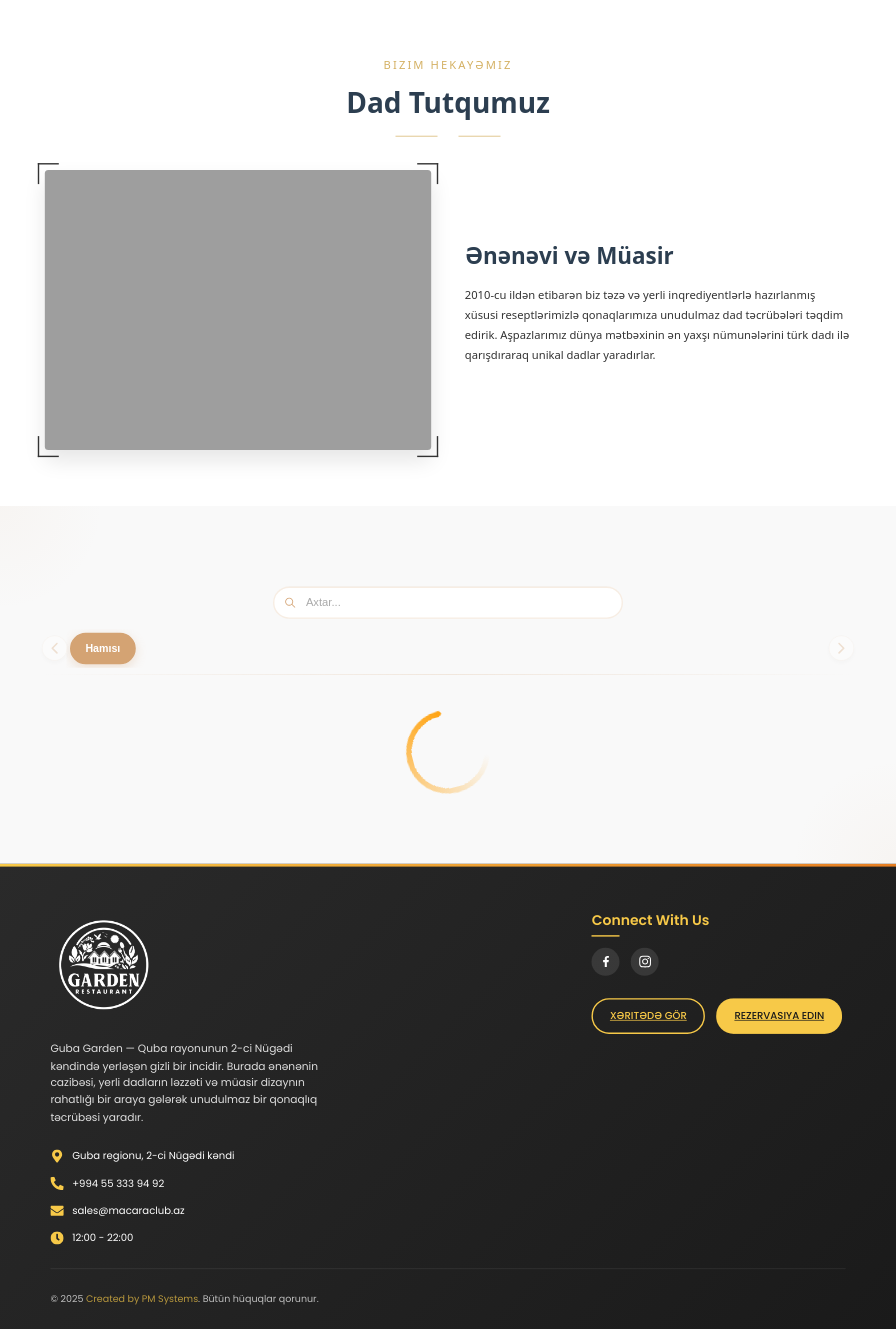
Repository: ferhadsultan98/menu-macara
Page: /
The author's editor kept a copy of each file at every save. The page is drawn from the files as they stood at one save, then again after a run of saves.
The browser window is 1280 px wide. The pictures show the part of the page from y = 720 to 2619 px (the page is 2619 px tall), at 70% of full size.
Pictures or frames that could not be fetched are drawn as grey boxes. The page's requests for data from a server got no answer. The project was rebuilt for these pictures with package versions that can differ from the ones it lists, and the page was loaded fresh each time. No one was signed in, and anything a server would have sent is missing. Also part of the build but not shown: vite.config.js.

Above is the page before, as saved 2025-04-18 15:18:41.

After the next 4 saves:
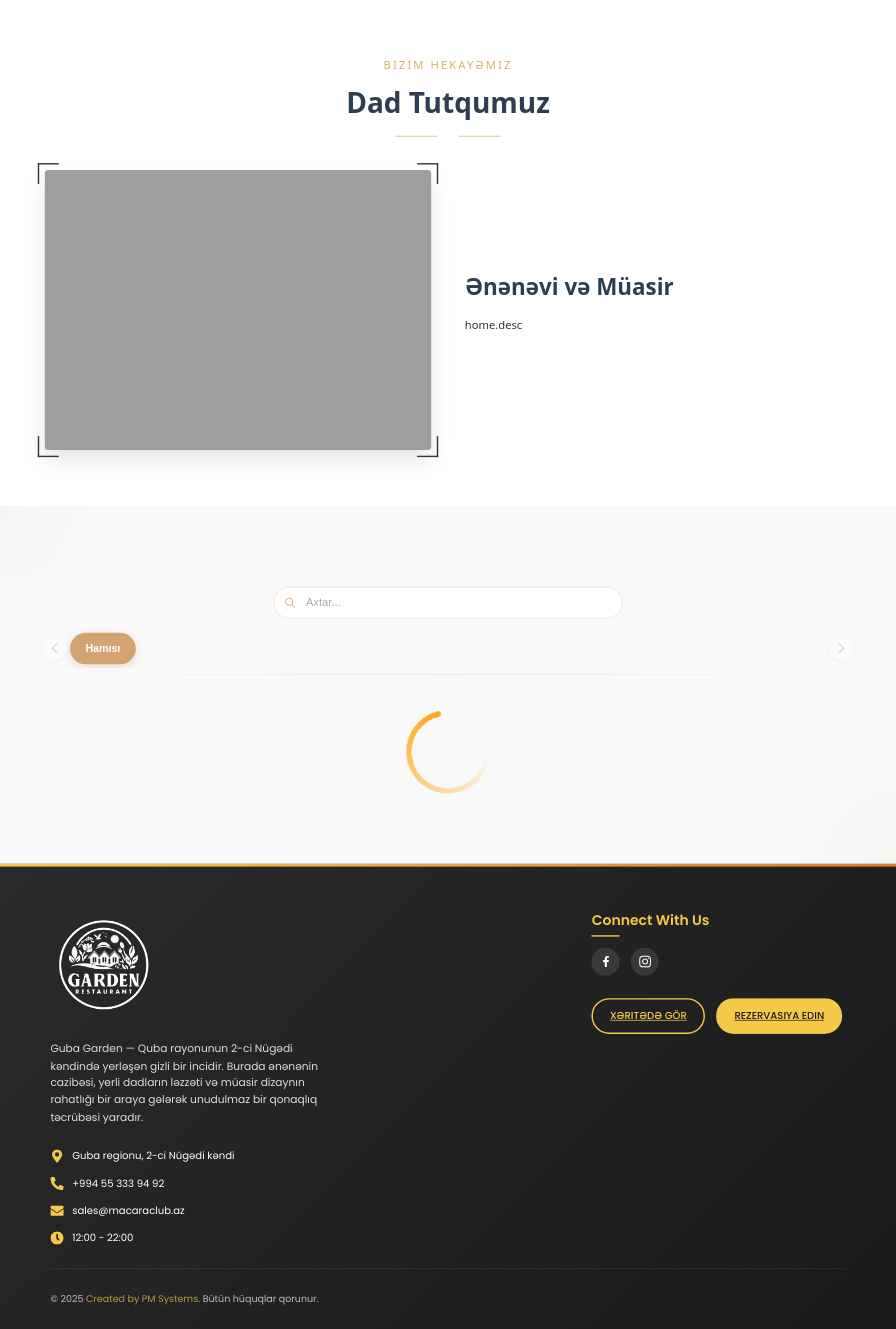
The 4 saves are shown as one change because 2 did not build or start and some came seconds apart.
The last was saved 58 s later.
--- a/src/Languages/AZ/AZ.json
+++ b/src/Languages/AZ/AZ.json
@@ -10,7 +10,6 @@
     "about": "Bizim Hekayəmiz",
     "mainheader": "Dad Tutqumuz",
     "twoheader": "Ənənəvi və Müasir",
-    "desc": "2010-cu ildən etibarən biz təzə və yerli inqrediyentlərlə hazırlanmış xüsusi reseptlərimizlə qonaqlarımıza unudulmaz dad təcrübələri təqdim edirik. Aşpazlarımız dünya mətbəxinin ən yaxşı nümunələrini türk dadı ilə qarışdıraraq unikal dadlar yaradırlar.",
     "moreExplore": "Daha çox araşdırın"
   },
   "footer": {
